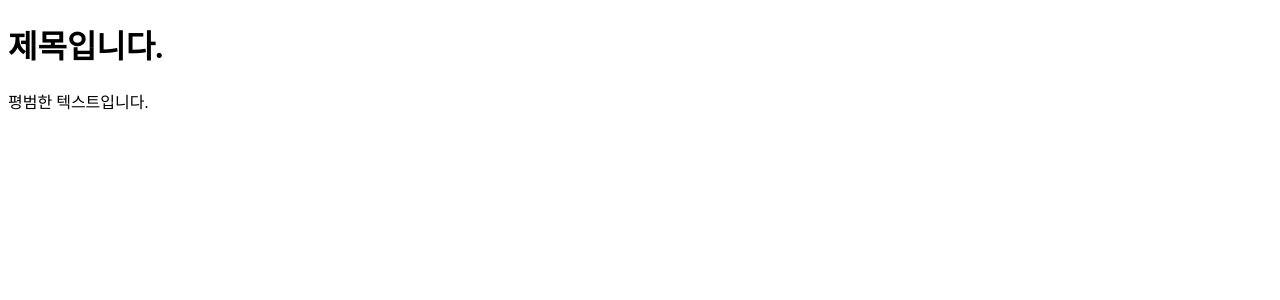
Repository: Umkimisstrong/UM_Webbb
Page: BootstrapApp/WebContent/BootEx01.html
These files come from the project's save history. The page is drawn as it stood at one moment and after the next save; the edit follows.
The browser window is 1280 px wide. The pictures show the whole page.

Above is the page before, as saved 2022-05-16 01:33:38.

After the next save:
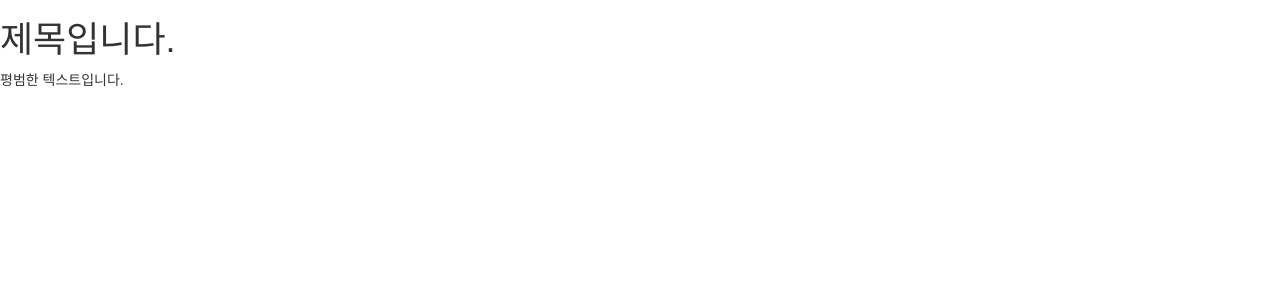
Saved 2 min 57 s later.
--- a/BootstrapApp/WebContent/BootEx01.html
+++ b/BootstrapApp/WebContent/BootEx01.html
@@ -3,6 +3,12 @@
 <head>
 <meta charset="UTF-8">
 <title>BootEx01.html</title>
+<!-- 부트스트랩 적용 이전과 이후 내용을 비교 확인  -->
+<!-- 각 엘리먼트들이 갖는 시각적인 효과 및 여백 정책  -->
+
+<link rel="stylesheet" type="text/css" href="css/bootstrap.css">
+
+
 </head>
 <body>
 
